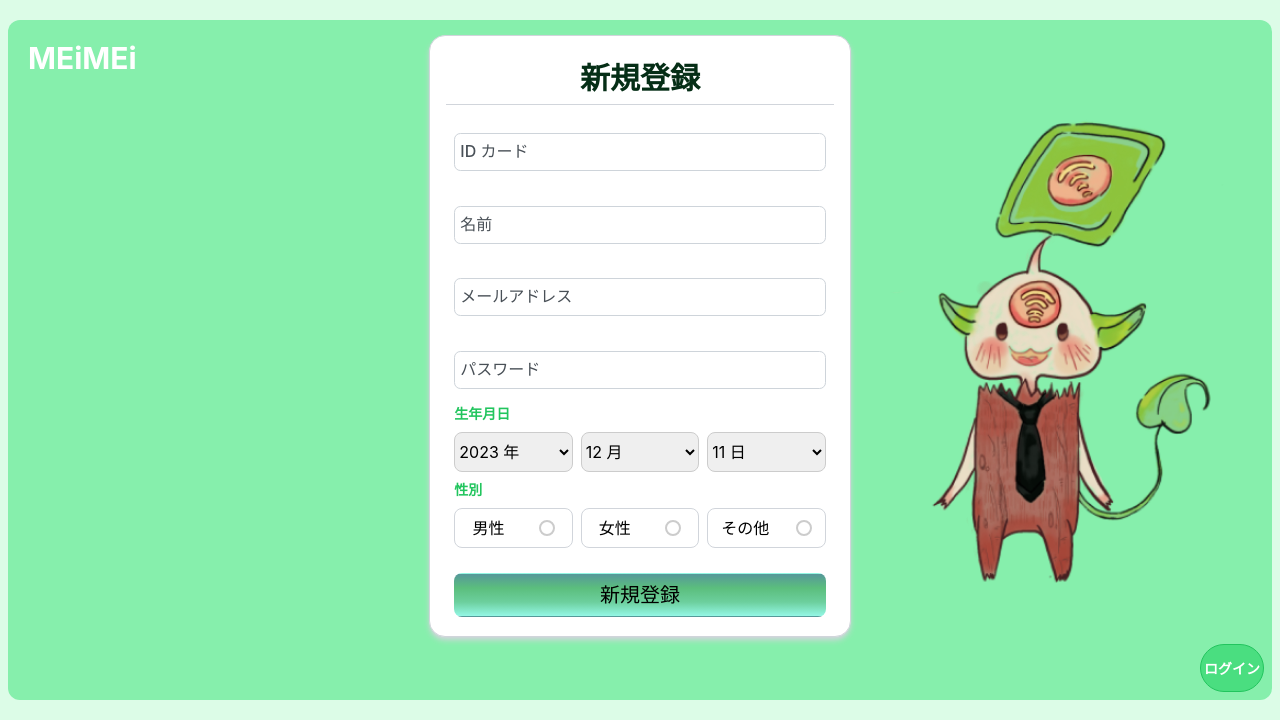
Repository: 3conangxindep/MeiMei
Page: /signUpPage (app in client/)
An editor plug-in stored every save of this project. The page is shown before and after the next save, followed by the edit.
The browser window is 1280 px wide. The pictures show the whole page.
The project was rebuilt for these pictures with package versions that can differ from the ones it lists, and the page was loaded fresh each time. Also part of the build but not shown: client/src/App.css, client/src/components/LoginPage/LoginPage.jsx, client/src/components/HomePage/HeaderPage/ShowMenu.css, client/src/components/HomePage/HeaderPage/ShowMenu.jsx, client/src/components/HomePage/HeaderPage/NotifiCation.css, client/src/components/HomePage/HeaderPage/NotifiCation.jsx, client/src/components/HomePage/HeaderPage/Header.css, client/src/components/HomePage/HeaderPage/Header.jsx and 22 more.

Above is the page before, as saved 2024-01-11 09:27:31.

### client/src/App.jsx
import React, { useState } from 'react';
import { BrowserRouter as Router, Route, Switch, useParams } from 'react-router-dom';
import './App.css';
import { AuthProvider } from './components/AuthContext';
import { SelectedOptionsProvider } from './components/SelectedOptionsContext';
import LoginPage from './components/LoginPage/LoginPage';
import SignUpPage from './components/SignUpPage/SignUpPage';
import Main from './components/HomePage/Main';

function App() {

  return (
    <AuthProvider>
    <SelectedOptionsProvider>
      <Router>
        <Switch>
          <Route path={`/main/:contact_id`} component={Main} />
          <Route path="/signUpPage" component={SignUpPage} />
          <Route component={LoginPage} />

        </Switch>
      </Router>
      </SelectedOptionsProvider>
    </AuthProvider>
  );
}


export default App;

### client/src/components/AuthContext.jsx
import React, { createContext, useContext, useState } from 'react';

const AuthContext = createContext();

export const useAuth = () => {
  return useContext(AuthContext);
};

export const AuthProvider = ({ children }) => {
  const [isLoggedIn, setIsLoggedIn] = useState(false);

  const login = () => {
    setIsLoggedIn(true);
  };

  const logout = () => {
    setIsLoggedIn(false);
  };

  const value = {
    isLoggedIn,
    login,
    logout,
  };

  return <AuthContext.Provider value={value}>{children}</AuthContext.Provider>;
};

### client/src/components/SelectedOptionsContext.jsx
import React, { createContext, useContext, useState } from 'react';

const SelectedOptionsContext = createContext();

export const SelectedOptionsProvider = ({ children }) => {
  const [selectedOptions, setSelectedOptions] = useState([]);
  const [inputValue, setInputValue] = useState('');

  return (
    <SelectedOptionsContext.Provider value={{ selectedOptions, setSelectedOptions, inputValue, setInputValue }}>
      {children}
    </SelectedOptionsContext.Provider>
  );
};

export const useSelectedOptions = () => {
  return useContext(SelectedOptionsContext);
};

### client/src/components/LoginPage/LoginPage.css
.Container{
  position: absolute;
  right: 22%;
  width: 100%;
  height: 100vh;
  display: flex;
  justify-content: right;
  align-items: center;
  background-image: linear-gradient(#94F7E5,#6CCF9D,#5BBE7D,#56989A);
  border: 1px solid #ccc;
  box-shadow: 0 2px 2px rgba(0,0,0,0.1);
  border-radius: 10px;
}
.image{
  z-index: 2;
}
.image img{
  width: 50%;
}
.LoginForm .FormGroup {
  margin-bottom: 10px;
  display: flex;
  flex-direction: column;
  position: relative;
}
.Label {
  position: absolute;
  left: 0rem;
  top: 0.75rem;
  transition: transform 0.3s, font-size 0.3s;
  display: block;
  font-weight: 500;
  padding-left: 4%;

}
.FormInput:focus + .Label, .FormInput:valid + .Label {
  transform: translateY(-2rem);
  padding-left: 0%;
  color: #5BBE7D;
  font-size: small;
  font-weight: bold;
}
/* .Border-me{
  position: relative;
  justify-content: right;
  k co gì
  background-image: linear-gradient(to top, #94f7e5, #85edd3, #77e2c1, #6cd8ad, #63cd99, #5bc595, #52be90, #4ab68c, #44af94, #45a899, #4ca09b, #56989a);
  width: 100%;
  height: 100%;
  max-width: 100%;
  background-size: 70% 100%;
  border: 1px solid #ccc;
  box-shadow: 0 2px 2px rgba(0,0,0,0.1);
  border-radius: 10px;
  } */

.Border-con{
  display: flex;
  background-color: #94F7B2;
  /* background-image: linear-gradient(to top, #94f7e5, #85edd3, #77e2c1, #6cd8ad, #63cd99, #5bc595, #52be90, #4ab68c, #44af94, #45a899, #4ca09b, #56989a); */
  width: 100%;
  max-height: auto;
  max-width: 100%;
  padding:3%;
  border: 1px solid #ccc;
  box-shadow: 0 2px 2px rgba(0,0,0,0.1);
  border-radius: 10px;
  z-index: 1;
}
.Border{
  display: flex;
  justify-content: right;
  position: absolute;
  right: -21.5%;
  background-color: white;
  width: 75%;
  height: 85%;
  max-height: 90%;
  max-width: 100%;
  padding:3% 5%;
  border: 1px solid #ccc;
  box-shadow: 0 2px 2px rgba(0,0,0,0.1);
  border-radius: 10px;
}
.FormGroup{
  padding-bottom: 5%;
}
.LoginBorder{
    background-color: white;
    width: 90%;
    max-height: 100%;
    max-width: 90%;
    max-width: 450px;
    padding: 15px;
    border: 1px solid #ccc;
    box-shadow: 0 2px 2px rgba(0,0,0,0.1);
    border-radius: 10px;
}
.Appname{
  width: 50%;
  text-align: right;
  font-size: 2.5rem;
  font-weight: 700;
  color: white;
}
.LoginForm{
    width: 100%;
    /* margin-bottom: 25px; */
}
.FormHeader{
    width: 100%;
    text-align: center;
    font-size: 2rem;
    border-bottom: 1px solid #ccc;
    padding-bottom: 5px;
}
.LoginForm .FormInput {
    width: 100%;
    padding: 0.5rem 0.75rem;
    font-size: 1rem;
    line-height: 2;
    color: #495057;
    background-color: #fff;
    background-clip: padding-box;
    border: 1px solid #ced4da;
    border-radius: 0.4rem;
    transition: border-color 0.15s ease-in-out, box-shadow 0.15s ease-in-out;
  }
.FormInput:hover,
.FormInput:focus {
border-color: #ffffff;
outline: 0;
box-shadow: 0 0 0 0.2rem rgba(0, 123, 255, 0.25);
}
.FormError {
    color: #dc3545;
    font-size: 12px;
  }

  .LoginButton{
    display: block;
    width: 100%;
    padding: 0.4rem 0.75rem;
    font-size: 1rem;
    font-weight: bold;
    text-align: center;
    white-space: nowrap;
    vertical-align: middle;
    cursor: pointer;
    border: 1px solid transparent;
    /* border-radius: 0.25rem; */
    color: #fff;
    background-color: #007bff;
    transition: color 0.15s ease-in-out, background-color 0.15s ease-in-out,
    border-color 0.15s ease-in-out, box-shadow 0.15s ease-in-out;
  }

  .LoginButton:hover {
    color: #fff;
    background-color: #0056b3;
    border-color: #0056b3;
  }
  .CreateButton{
    width: 100%;
    padding: 0.6rem 0.75rem;
    font-size: 1rem;
    font-weight: bold;
    text-align: center;
    white-space: nowrap;
    vertical-align: middle;
    cursor: pointer;
    border: 1px solid transparent;
    /* border-radius: 0.25rem; */
    /* color: #212020; */
    background-image: linear-gradient(to top,#94F7E5,#6CCF9D,#5BBE7D,#56989A);
    transition: color 0.15s ease-in-out, background-color 0.15s ease-in-out,
    border-color 0.15s ease-in-out, box-shadow 0.15s ease-in-out;
  }
  .CreateButton:hover {
    color: #fff;
    background-image: linear-gradient(to top,#94F7E5,#265f55);

    border-color: #68dd7b;
  }
  a{
    font: weight 20px ;
    color: #161716;
    text-decoration: none;
  }
  .ErrorMessage {
    color: red;
    margin-top: 5px;
  }

  .status-container {
    display: flex;
    align-items: center;
    padding-top: 4rem;
  }

  .loading-icon {
    width: 8rem;
    height: 8rem;
    margin-right: 2rem;
    fill: #718096; /* Màu xám */
    animation: spin 2s linear infinite;
  }

  @keyframes spin {
    from {
      transform: rotate(0deg);
    }
    to {
      transform: rotate(360deg);
    }
  }

  .loading-text {
    font-size: 1.5rem;
    font-weight: bold;
    color: #718096; /* Màu xám */
  }

  .sr-only {
    position: absolute;
    width: 1px;
    height: 1px;
    padding: 0;
    margin: -1px;
    overflow: hidden;
    clip: rect(0, 0, 0, 0);
    white-space: nowrap;
    border-width: 0;
  }

### client/src/components/SignUpPage/SetTimes.jsx
import React, { useState } from 'react';
import './SetTimes.css';

const SetTimes = ({ setCurrentMonth, setCurrentDay, setCurrentYear }) => {
  const [currentMonth, setCurrentMonthLocal] = useState(new Date().getMonth() + 1);
  const [currentDay, setCurrentDayLocal] = useState(new Date().getDate());
  const [currentYear, setCurrentYearLocal] = useState(new Date().getFullYear());

  const months = Array.from({ length: 12 }, (_, index) => `${index + 1} 月`);
  const days = Array.from({ length: 31 }, (_, index) => `${index + 1} 日`);
  const years = Array.from({ length: 61 }, (_, index) => `${1970 + index} 年`);

  const handleDateChange = () => {
    if (currentMonth && currentDay && currentYear) {
      setCurrentMonth(parseInt(currentMonth));
      setCurrentDay(parseInt(currentDay));
      setCurrentYear(parseInt(currentYear));
    }
  };

  return (
    <div className="w-full h-full flex flex-col">
      <label className='font-bold text-green-500 text-sm py-2'>生年月日</label>
      <div className='w-full h-full grid grid-cols-3 gap-2'>
        <select className="content col-span-1 rounded-lg h-10"
          value={currentYear}
          onChange={(e) => setCurrentYearLocal(e.target.value)}
        >
          {years.map((year, index) => (
            <option key={index} value={1970 + index}>{year}</option>
          ))}
        </select>
        <select className="content col-span-1 rounded-lg h-10"
          value={currentMonth}
          onChange={(e) => setCurrentMonthLocal(e.target.value)}
          >
          {months.map((month, index) => (
            <option key={index} value={index + 1}>{month}</option>
          ))}
        </select>
        <select className="content col-span-1 rounded-lg h-10"
          value={currentDay}
          onChange={(e) => setCurrentDayLocal(e.target.value)}
          >
          {days.map((day, index) => (
            <option key={index} value={index + 1}>{day}</option>
          ))}
        </select>
        {handleDateChange()}
      </div>
    </div>
  );
};

export default SetTimes;

### client/src/components/SignUpPage/GenderTheme.jsx
import React, { useState } from 'react';
import './GenderTheme.css'; // Đảm bảo đã import file CSS cho GenderTheme

const GenderTheme = ({selectedOption,setSelectedOption}) => {

  const [male, setMale] = useState('male');
  const [female, setFemale] = useState('female');
  const [other, setOther] = useState('other');

  return (
    <div className="w-full h-full flex flex-col">
      <label className='font-bold text-green-500 text-sm py-2'>性別</label>
      <div className='w-full h-full grid grid-cols-3 gap-2'>
        <div className='w-full h-10 flex justify-around items-center col-span-1 border-solid border border-gray-300 rounded-lg'>
          <label>男性</label>
          <input
            className='GenderInput w-4 h-4'
            type="radio"
            value={male}
            checked={selectedOption === male}
            onChange={() => setSelectedOption(male)} // Sửa giá trị ở đây
          />
        </div>
        <div className='w-full h-10 flex justify-around items-center col-span-1 border-solid border border-gray-300 rounded-lg'>
          <label>女性</label>
          <input
            className='GenderInput w-4 h-4'
            type="radio"
            value={female}
            checked={selectedOption === female}
            onChange={() => setSelectedOption(female)} // Sửa giá trị ở đây
          />
        </div>
        <div className='w-full h-10 flex justify-around items-center col-span-1 border-solid border border-gray-300 rounded-lg'>
          <label>その他</label>
          <input
            className='GenderInput w-4 h-4'
            type="radio"
            value={other}
            checked={selectedOption === other}
            onChange={() => setSelectedOption(other)} // Sửa giá trị ở đây
          />
        </div>
      </div>
    </div>
  );
};

export default GenderTheme;

### client/src/components/SignUpPage/SignUpPage.css
*{
    box-sizing: border-box;
}
.border-bg{
  position: absolute;
  right: 22%;
  width: 100%;
  height: 100vh;
  display: flex;
  justify-content: right;
  align-items: center;
  background-image: linear-gradient(#94F7E5,#6CCF9D,#5BBE7D,#56989A);
  border: 1px solid #ccc;
  box-shadow: 0 2px 2px rgba(0,0,0,0.1);
  border-radius: 10px;
}
.signup-bg{
  display: flex;
  justify-content: center;
  position: absolute;
  right: -22%;
  background-color: white;
  width: 80%;
  height: 95%;
  max-height: auto;
  max-width: 100%;
  padding:2% 3%;
  border: 1px solid #ccc;
  box-shadow: 0 2px 2px rgba(0,0,0,0.1);
  border-radius: 10px;
}
.Container-signUp{
  display: flex;
  background-color: #94F7B2;
  /* background-image: linear-gradient(to top, #94f7e5, #85edd3, #77e2c1, #6cd8ad, #63cd99, #5bc595, #52be90, #4ab68c, #44af94, #45a899, #4ca09b, #56989a); */
  width: 100%;
  height: 102%;
  max-height: auto;
  max-width: 100%;
  padding:2%;
  border: 1px solid #ccc;
  box-shadow: 0 2px 2px rgba(0,0,0,0.1);
  border-radius: 10px;
  z-index: 1;
}
.SignUpBorder {
  background-color: white;
  width: 90%;
  /* height: 100%; */
  max-width: 100%;
  max-width: 450px;
  padding: 0 1rem;
  border: 1px solid #ccc;
  box-shadow: 0 2px 2px rgba(0,0,0,0.1);
  border-radius: 10px;
}
.SignUp{
  margin: 0;
  padding-top:2%;
  width: 100%;
  text-align: center;
  font-size: 2rem;
  border-bottom: 1px solid #ccc;
}
.SignUpForm{
  padding: 1rem 2%;
  margin-bottom: -10px;
}
.FormGroup {
    width: 100%;
    display: flex;
    flex-direction: column;
    /* margin-top: 10px; */
  }
.Label-sign{
    position: absolute;
    font-weight: 500;
    /* margin:0.5rem; */
    color: #495057;
    transition: transform 0.3s, font-size 0.3s;
}
.FormInput {
    width: 100%;
    padding: 0.375rem 0.75rem;
    font-size: 1rem;
    line-height: 1.5;
    color: #495057;
    background-color: #fff;
    background-clip: padding-box;
    border: 1px solid #ced4da;
    border-radius: 0.4rem;
    transition: border-color 0.15s ease-in-out, box-shadow 0.15s ease-in-out;
}
.FormInput:focus + .Label-sign, .FormInput:valid + .Label-sign {
  transform: translateY(-1.7rem);
  /* margin-left: 0%; */
  /* color: #000000; */
  color: #5BBE7D;
  font-size: small;
  font-weight: bold;
}
.FormInput:hover,
.FormInput:focus {
  border-color: #80bdff;
  outline: 0;
  box-shadow: 0 0 0 0.2rem rgba(0, 255, 0, 0.25);
}
.FormError {
  color: #dc3545;
  font-size: 12px;
}

.FormButton {
  display: block;
  width: 100%;
  padding: 0.375rem 0.75rem;
  margin-top: 25px;
  font-size: 1.25rem;
  font-weight: 550;
  text-align: center;
  white-space: nowrap;
  vertical-align: middle;
  cursor: pointer;
  border: 1px solid transparent;
  /* border-radius: 6px; */
  color: #000000;
  background-image: linear-gradient(to top,#94F7E5,#6CCF9D,#5BBE7D,#56989A);
  transition: color 0.15s ease-in-out, background-color 0.15s ease-in-out,
    border-color 0.15s ease-in-out, box-shadow 0.15s ease-in-out;
    margin-bottom: -5px;
}
.settime{
  margin-top: -3%;
}
.FormButton:hover {
  color: #fff;
  background-image: linear-gradient(to top,#62b1a2,#265f55);
  border-color: #68dd7b;
  box-shadow: 0 0 0 0.2rem rgba(0, 255, 123, 0.25);
}
a{
    color: #161716;
  font-size: 14px;
  float: right;
  text-decoration: none;
}

### client/src/components/SignUpPage/SetTimes.css
.SetTimeContainer{
    width: 100%;
    max-height: 150px;
    /* border: 1px solid #fff; */
    margin-bottom: 0.375rem;
    display: flex;
    flex-direction: column;
}
.Row{
    display: grid;
    grid-template-columns: 1fr 1fr 1fr;
    gap: 10px;
}
.timeLabel{
    display: block;
    font-weight: bold;
    margin-bottom: 3px;
    color: #5BBE7D;
    font-size: small;
    margin-left: 8px;
}
.content{
    width: 100%;
    border: 1px solid #ccc;
    cursor: pointer;
    /* padding: 10px;
    border-radius: 10px; */
    transition: border-color 0.15s ease-in-out, box-shadow 0.15s ease-in-out;
}
.content:hover,
.content:focus {
border-color: #80ffb1;
outline: 0;
box-shadow: 0 0 0 0.2rem rgba(0, 255, 123, 0.25);
}

### client/src/components/SignUpPage/GenderTheme.css
.GenderContainer{
  width: 100%;
  max-height: 150px;
  display: flex;
  flex-direction: column;
  border: 1px solid #fff;
}
.Row{
    display: grid;
    grid-template-columns: 1fr 1fr 1fr;
    gap: 10px;
}
.GenderLabel{
    display: block;
    font-weight: bold;
    margin-bottom: 3px;
    color: #5BBE7D;
    font-size: small;
    margin-left: 8px;
}
/* GenderTheme.css */
.GenderOption {
    padding: 0px;
    display: grid;
    grid-template-columns: 1fr 1fr;
    border: 1px solid #ccc;
    border-radius: 6px;
  }

  .GenderOption label{
    display: flex;
    align-items: center;
    margin-left: 5px;
    font-size: 14px;
  }
  .GenderInput {
    top:10px;
    appearance: none;
    /* width: 16px;
    height: 16px; */
    border: 2px solid #ccc;
    border-radius: 50%;
    background-color: white;
    transition: border-color 0.15s ease-in-out;
    cursor: pointer;
    /* margin-left: 20px; */
  }

  .GenderInput:checked::before {
    content: "";
    position: absolute;
    width: 100%;
    height: 100%;
    border-radius: 50%;
  }
  .GenderInput:hover {
    border-color: #56989A;
    background-color: #5BBE7D;
  }

  .GenderInput:focus {
    border-color: #56989A;
    box-shadow: 0 0 0 0.2rem rgba(0, 255, 123, 0.25);
    background-color: #5BBE7D;
  }

Loaded but not shown: client/public/index.html (common file); client/src/index.js (common file); client/src/index.css (common file); client/src/reportWebVitals.js (common file); client/tailwind.config.js (common file); client/src/apiConfig.js (4 lines, source omitted); client/src/components/SignUpPage/SignUpPage.jsx (213 lines, source omitted)

After the next save:
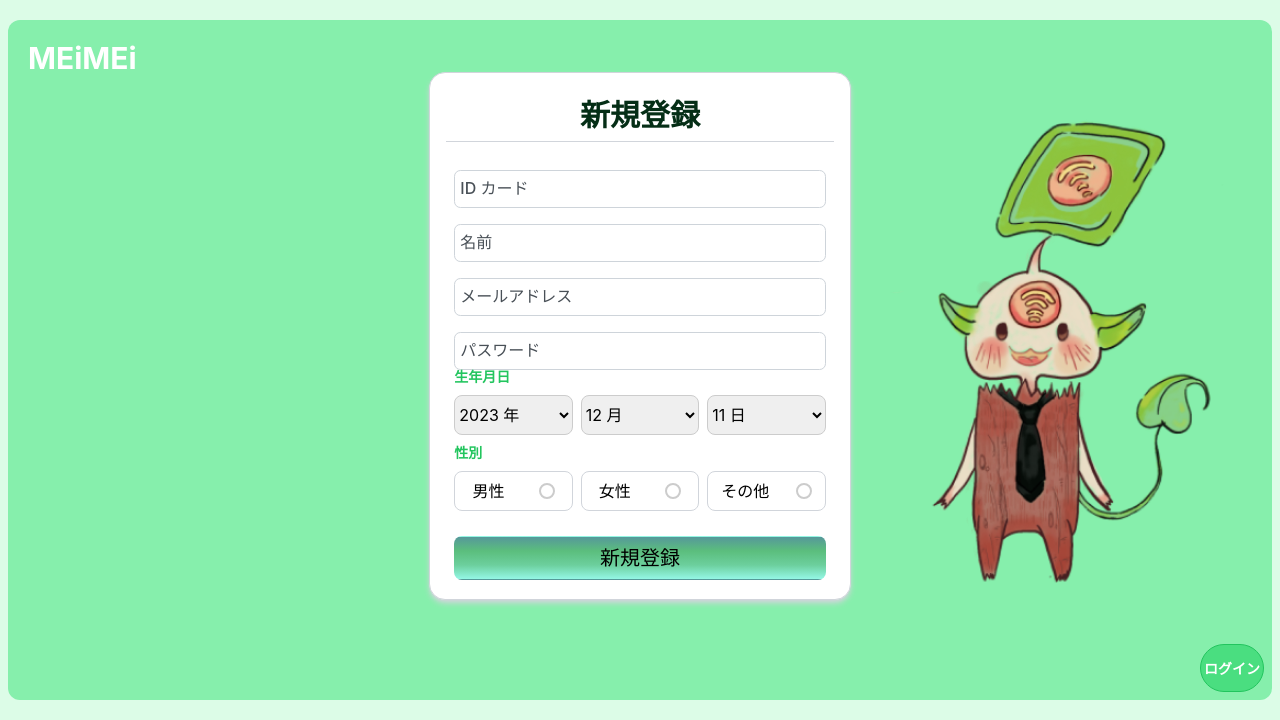
Saved 12 min 59 s later.
--- a/client/src/components/LoginPage/LoginPage.css
+++ b/client/src/components/LoginPage/LoginPage.css
@@ -1,4 +1,4 @@
-.Container{
+/* .Container{
   position: absolute;
   right: 22%;
   width: 100%;
@@ -16,9 +16,8 @@
 }
 .image img{
   width: 50%;
-}
+} */
 .LoginForm .FormGroup {
-  margin-bottom: 10px;
   display: flex;
   flex-direction: column;
   position: relative;
@@ -54,10 +53,9 @@
   border-radius: 10px;
   } */
 
-.Border-con{
+/* .Border-con{
   display: flex;
   background-color: #94F7B2;
-  /* background-image: linear-gradient(to top, #94f7e5, #85edd3, #77e2c1, #6cd8ad, #63cd99, #5bc595, #52be90, #4ab68c, #44af94, #45a899, #4ca09b, #56989a); */
   width: 100%;
   max-height: auto;
   max-width: 100%;
@@ -81,11 +79,11 @@
   border: 1px solid #ccc;
   box-shadow: 0 2px 2px rgba(0,0,0,0.1);
   border-radius: 10px;
-}
-.FormGroup{
+} */
+/* .FormGroup{
   padding-bottom: 5%;
-}
-.LoginBorder{
+} */
+/* .LoginBorder{
     background-color: white;
     width: 90%;
     max-height: 100%;
@@ -102,22 +100,20 @@
   font-size: 2.5rem;
   font-weight: 700;
   color: white;
-}
+} */
 .LoginForm{
     width: 100%;
     /* margin-bottom: 25px; */
 }
-.FormHeader{
+/* .FormHeader{
     width: 100%;
     text-align: center;
     font-size: 2rem;
     border-bottom: 1px solid #ccc;
     padding-bottom: 5px;
-}
-.LoginForm .FormInput {
-    width: 100%;
-    padding: 0.5rem 0.75rem;
-    font-size: 1rem;
+} */
+.FormInput {
+    width: 100%;
     line-height: 2;
     color: #495057;
     background-color: #fff;
@@ -162,25 +158,20 @@ box-shadow: 0 0 0 0.2rem rgba(0, 123, 255, 0.25);
   }
   .CreateButton{
     width: 100%;
-    padding: 0.6rem 0.75rem;
-    font-size: 1rem;
+    color: white;
     font-weight: bold;
     text-align: center;
     white-space: nowrap;
     vertical-align: middle;
     cursor: pointer;
-    border: 1px solid transparent;
-    /* border-radius: 0.25rem; */
-    /* color: #212020; */
-    background-image: linear-gradient(to top,#94F7E5,#6CCF9D,#5BBE7D,#56989A);
+    border: 1px solid #ECFF8C;
+    background-color: #36735B;
     transition: color 0.15s ease-in-out, background-color 0.15s ease-in-out,
     border-color 0.15s ease-in-out, box-shadow 0.15s ease-in-out;
   }
   .CreateButton:hover {
-    color: #fff;
-    background-image: linear-gradient(to top,#94F7E5,#265f55);
-
-    border-color: #68dd7b;
+    background-color: #4D9578;
+    border-color: #4D9578;
   }
   a{
     font: weight 20px ;
@@ -189,13 +180,11 @@ box-shadow: 0 0 0 0.2rem rgba(0, 123, 255, 0.25);
   }
   .ErrorMessage {
     color: red;
-    margin-top: 5px;
   }
 
   .status-container {
     display: flex;
     align-items: center;
-    padding-top: 4rem;
   }
 
   .loading-icon {
